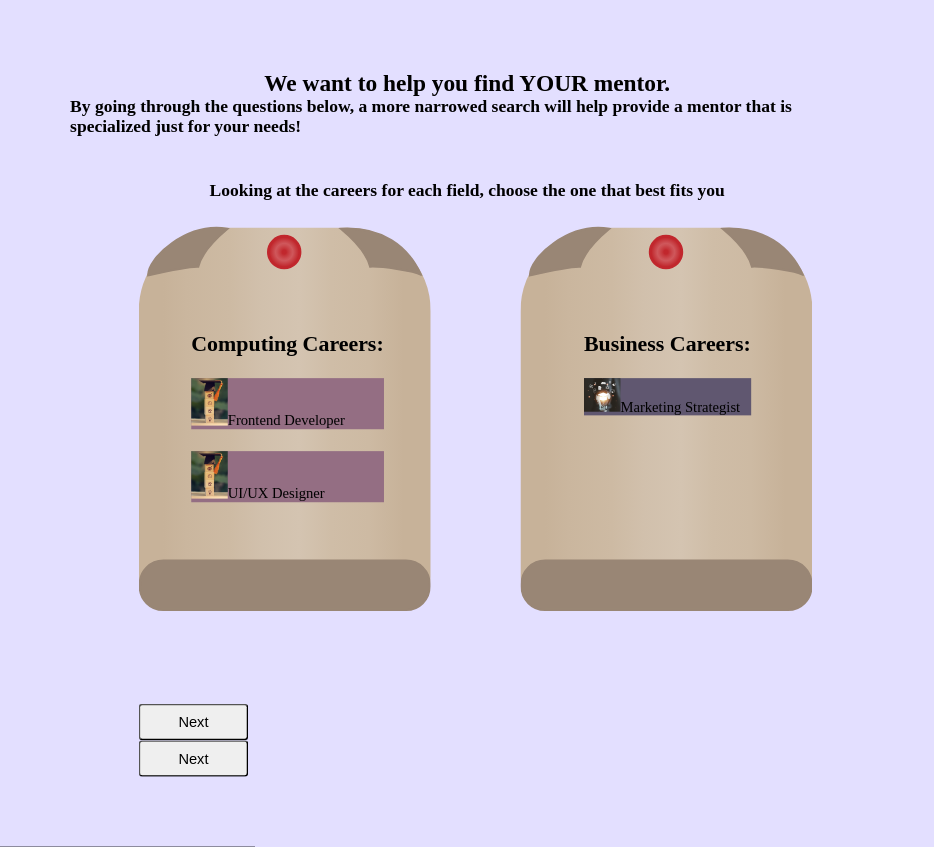
Repository: anikagrewal/week3example
Page: /about
The author's editor kept a copy of each file at every save. The page is drawn from the files as they stood at one save, then again after the next save.
The browser window is 1280 px wide. The pictures show the whole page, at 73% of full size.
The project was rebuilt for these pictures with package versions that can differ from the ones it lists, and the page was loaded fresh each time. The framework's server and built-in components were replaced by stand-ins that run in the browser. Also part of the build but not shown: next.config.js.

Above is the page before, as saved 2023-01-23 14:49:02.

### pages/about.js
import Head from 'next/head'
import Image from 'next/image'
import { Inter } from '@next/font/google'
import styles from '@/styles/About.module.css'
import data from '../data/workplace.json'
import { useState } from 'react'
import CardEmployee from '../components/CardEmployee'

const inter = Inter({ subsets: ['latin'] })

console.log(data);
export default function About() {

    const [information, setInformation] = useState([...data])

    return (
        <>
        <Head>
        <title>About Page</title>
        <meta name="description" content="Generated by create next app" />
        <meta name="viewport" content="width=device-width, initial-scale=1" />
        <link rel="icon" href="/favicon.ico" />
      </Head>
      <main className={styles.main}>

      <div className={styles.headerstyle}>
        <h1 className={styles.busdeg}>We want to help you find YOUR mentor.</h1>
        <h2 className={styles.busdeg}>By going through the questions below, a more narrowed search will help provide a mentor that is specialized just for your needs!</h2>
      </div>

      <div className={styles.careerinfo}>
      <h2 className={styles.busdeg}>Looking at the careers for each field, choose the one that best fits you</h2>
      </div>


        <div className={styles.grid}>
        <div className={styles.gridlayout}>

          <div className={styles.comlay}>
        <h2 className={styles.busdeg}>Computing Careers: </h2>
        {information && information.map((info, index) => {
          if(info.graduate === "computing") {
            return (
              <div key={index}>
                <CardEmployee role={info.role} colour="#946E83" font="20px"/>
              </div>
            )
          }


        })}
       </div>

<div className={styles.buslay}>

        <h2 className={styles.busdeg}>Business Careers: </h2>
        {information && information.map((info, index) => {
          if(info.graduate === "business") {
            return (
              <div key={index}>
                <CardEmployee role={info.role} colour="#605770" font="20px"/>
              </div>
            )
          }


})}

</div>


<div className={styles.scrolls}>
<Image
className={styles.scrollone}
width={400}
height={600}
src={'vector/mentor.svg'}
/>
<Image
className={styles.scrolltwo}
width={400}
height={600}
src={'vector/mentor.svg'}
/>
</div>
</div>
<button className={styles.nextbtnone}>Next</button>
<button className={styles.nextbtntwo}>Next</button>
</div>
</main>
</>
    )
}

### styles/globals.css
:root {
  --max-width: 1100px;
  --border-radius: 12px;
  --font-mono: ui-monospace, Menlo, Monaco, 'Cascadia Mono', 'Segoe UI Mono',
    'Roboto Mono', 'Oxygen Mono', 'Ubuntu Monospace', 'Source Code Pro',
    'Fira Mono', 'Droid Sans Mono', 'Courier New', monospace;

  --foreground-rgb: #E3DFFF;
  --background-start-rgb: #E3DFFF;
  --background-end-rgb: #E3DFFF;
  --background-body-color: #E3DFFF;

  --primary-glow: conic-gradient(
    from 180deg at 50% 50%,
    #16abff33 0deg,
    #0885ff33 55deg,
    #54d6ff33 120deg,
    #0071ff33 160deg,
    transparent 360deg
  );
  --secondary-glow: radial-gradient(
    rgba(#E3DFFF, 1),
    rgba(#E3DFFF, 0)
  );

  --tile-start-rgb: 239, 245, 249;
  --tile-end-rgb: 228, 232, 233;
  --tile-border: conic-gradient(
    #00000080,
    #00000040,
    #00000030,
    #00000020,
    #00000010,
    #00000010,
    #00000080
  );

  --callout-rgb: #E3DFFF;
  --callout-border-rgb: 172, 175, 176;
  --card-rgb: 180, 185, 188;
  --card-border-rgb: 131, 134, 135;
}

@media (prefers-color-scheme: light) {
  :root {
    --foreground-rgb: #E3DFFF;
    --background-start-rgb: 0, 0, 0;
    --background-end-rgb: 0, 0, 0;

    --primary-glow: radial-gradient(rgba(1, 65, 255, 0.4), rgba(1, 65, 255, 0));
    --secondary-glow: linear-gradient(
      to bottom right,
      rgba(1, 65, 255, 0),
      rgba(1, 65, 255, 0),
      rgba(1, 65, 255, 0.3)
    );

    --tile-start-rgb: 2, 13, 46;
    --tile-end-rgb: 2, 5, 19;
    --tile-border: conic-gradient(
      #ffffff80,
      #ffffff40,
      #ffffff30,
      #ffffff20,
      #ffffff10,
      #ffffff10,
      #ffffff80
    );

    --callout-rgb: 20, 20, 20;
    --callout-border-rgb: 108, 108, 108;
    --card-rgb: 100, 100, 100;
    --card-border-rgb: 200, 200, 200;
  }
}

* {
  box-sizing: border-box;
  padding: 0;
  margin: 0;
}

html,
body {
  max-width: 100vw;
  overflow-x: hidden;
}

body {
  color: rgb(var(--foreground-rgb));
  background: linear-gradient(
      to bottom,
      transparent,
      rgb(var(--background-end-rgb))
    )
    rgb(var(--background-start-rgb));
}

a {
  color: inherit;
  text-decoration: none;
}

@media (prefers-color-scheme: dark) {
  html {
    color-scheme: light;
  }
}

### styles/About.module.css
.main {
    display: flex;
    flex-direction: column;
    justify-content: space-between;
    align-items: center;
    padding: 6rem;
    min-height: 100vh;
    background-color: var(--background-body-color);
  }

  .description {
    display: inherit;
    justify-content: inherit;
    align-items: inherit;
    font-size: 0.85rem;
    max-width: var(--max-width);
    width: 100%;
    z-index: 2;
    font-family: var(--font-mono);
  }

  .description a {
    display: flex;
    justify-content: center;
    align-items: center;
    gap: 0.5rem;
  }

  .description p {
    position: relative;
    margin: 0;
    padding: 1rem;
    background-color: rgba(var(--callout-rgb), 0.5);
    border: 1px solid rgba(var(--callout-border-rgb), 0.3);
    border-radius: var(--border-radius);
  }

  .code {
    font-weight: 700;
    font-family: var(--font-mono);
  }

  .grid {
    display: grid;
    grid-template-columns: (4, minmax(25%, auto));
    width: var(--max-width);
    max-width: 100%;
    justify-content: center;
  }

  .gridlayout {
    display: flex;
    flex-direction: column;
   gap: 70px;
  }

  .card {
    padding: 1rem 1.2rem;
    border-radius: var(--border-radius);
    background: rgba(var(--card-rgb), 0);
    border: 1px solid rgba(var(--card-border-rgb), 0);
    transition: background 200ms, border 200ms;
  }

  .card span {
    display: inline-block;
    transition: transform 200ms;
  }

  .card h2 {
    font-weight: 600;
    margin-bottom: 0.7rem;
  }

  .card p {
    margin: 0;
    opacity: 0.6;
    font-size: 0.9rem;
    line-height: 1.5;
    max-width: 30ch;
  }


  .headerstyles {
    display: flex;
    justify-content: center;
    align-items: center;
    gap: 10px;
  }

  .careerinfo {
    margin-top: 60px;
  }

  .busdeg {
    display: flex;
    justify-content: center;
  }

  .compdeg {
    display: flex;
    justify-content: center;
  }

  .button {
    width: 150px;
    height: 50px;
    border-radius: 5px;
    font-size: 20px;
  }

  .nextbtnone {
    width: 150px;
    height: 50px;
    border-radius: 5px;
    font-size: 20px;
  }

  .nextbtntwo {
    width: 150px;
    height: 50px;
    border-radius: 5px;
    font-size: 20px;
  }




  .comlay {
    margin-top: 180px;
  margin-left: 72px;
  position: absolute;
  z-index: 4;
  font-size: 20px;
  }

  .comlay {
    display: flex;
    flex-direction: column;
    gap: 30px;
  }

  .buslay {
    margin-top: 180px;
  margin-left: 610px;
  position: absolute;
  z-index: 4;
  font-size: 20px;
  }

  .buslay {
    display: flex;
    flex-direction: column;
    gap: 30px;
  }

 .scrolls {
  display: flex;
  justify-content: center;
  flex-direction: row;
  gap: 100px;
 }

  .scrollone {
    display: flex;
    justify-content: center;
    align-items: center;
    position: relative;
    z-index: 1;
    margin-left: 2.5%;
    margin-bottom: 10%;

  }

  .scrolltwo {
    display: flex;
    justify-content: center;
    align-items: center;
    position: relative;
    z-index: 1;
    margin-left: 2.5%;
    margin-bottom: 10%;

  }

  /* Conic Gradient Animation */
  .thirteen::before {
    animation: 6s rotate linear infinite;
    width: 200%;
    height: 200%;
    background: var(--tile-border);
  }

  /* Inner Square */
  .thirteen::after {
    inset: 0;
    padding: 1px;
    border-radius: var(--border-radius);
    background: linear-gradient(
      to bottom right,
      rgba(var(--tile-start-rgb), 1),
      rgba(var(--tile-end-rgb), 1)
    );
    background-clip: content-box;
  }

  /* Enable hover only on non-touch devices */
  @media (hover: hover) and (pointer: fine) {
    .card:hover {
      background: rgba(var(--card-rgb), 0.1);
      border: 1px solid rgba(var(--card-border-rgb), 0.15);
    }

    .card:hover span {
      transform: translateX(4px);
    }
  }

  @media (prefers-reduced-motion) {
    .thirteen::before {
      animation: none;
    }

    .card:hover span {
      transform: none;
    }
  }

  /* Mobile */
  @media (max-width: 700px) {
    .content {
      padding: 4rem;
    }

    .grid {
      grid-template-columns: 1fr;
      margin-bottom: 120px;
      max-width: 320px;
      text-align: center;
    }

    .card {
      padding: 1rem 2.5rem;
    }

    .card h2 {
      margin-bottom: 0.5rem;
    }

    .center {
      padding: 8rem 0 6rem;
    }

    .center::before {
      transform: none;
      height: 300px;
    }

    .description {
      font-size: 0.8rem;
    }

    .description a {
      padding: 1rem;
    }

    .description p,
    .description div {
      display: flex;
      justify-content: center;
      position: fixed;
      width: 100%;
    }

    .description p {
      align-items: center;
      inset: 0 0 auto;
      padding: 2rem 1rem 1.4rem;
      border-radius: 0;
      border: none;
      border-bottom: 1px solid rgba(var(--callout-border-rgb), 0.25);
      background: linear-gradient(
        to bottom,
        rgba(var(--background-start-rgb), 1),
        rgba(var(--callout-rgb), 0.5)
      );
      background-clip: padding-box;
      backdrop-filter: blur(24px);
    }

    .description div {
      align-items: flex-end;
      pointer-events: none;
      inset: auto 0 0;
      padding: 2rem;
      height: 200px;
      background: linear-gradient(
        to bottom,
        transparent 0%,
        rgb(var(--background-end-rgb)) 40%
      );
      z-index: 1;
    }
  }

  /* Tablet and Smaller Desktop */
  @media (min-width: 701px) and (max-width: 1120px) {
    .grid {
      grid-template-columns: repeat(2, 50%);
    }
  }

  @media (prefers-color-scheme: dark) {
    .vercelLogo {
      filter: invert(1);
    }

    .logo,
    .thirteen img {
      filter: invert(1) drop-shadow(0 0 0.3rem #ffffff70);
    }
  }

  @keyframes rotate {
    from {
      transform: rotate(360deg);
    }
    to {
      transform: rotate(0deg);
    }
  }

### data/workplace.json
[
    {
    "employeeNumber": "E2345",
    "firstName": "Joe",
    "role": "Frontend Developer",
    "position": "Junior",
    "graduate": "computing",
    "startDate": 2021
},
{
    "employeeNumber": "E6789",
    "firstName": "Alice",
    "role": "UI/UX Designer",
    "position": "Junior",
    "graduate": "computing",
    "startDate": 2020
},
{
    "employeeNumber": "E1011",
    "firstName": "Jane",
    "role": "Marketing Strategist",
    "position": "Junior",
    "graduate": "business",
    "startDate": 2022
}
]

### components/CardEmployee/index.js
export default function CardEmployee({
    role = "none",
    colour = "purple",
    font = "0",
    image = "icon/business.png"
}) {
    return(
        <div style={{backgroundColor: colour, fontSize:font}}>
            {
                colour === "#946E83" ? <img src={'icon/business.jpeg'} width="50"/> :
                colour === "#605770" ? <img src={'icon/computing.jpeg'} width="50"/>:
                                     <img src={image} width="50"/>
            }
            {role}
        </div>
    )
}

Loaded but not shown: pages/_app.js (common file); pages/_document.js (common file)

After the next save:
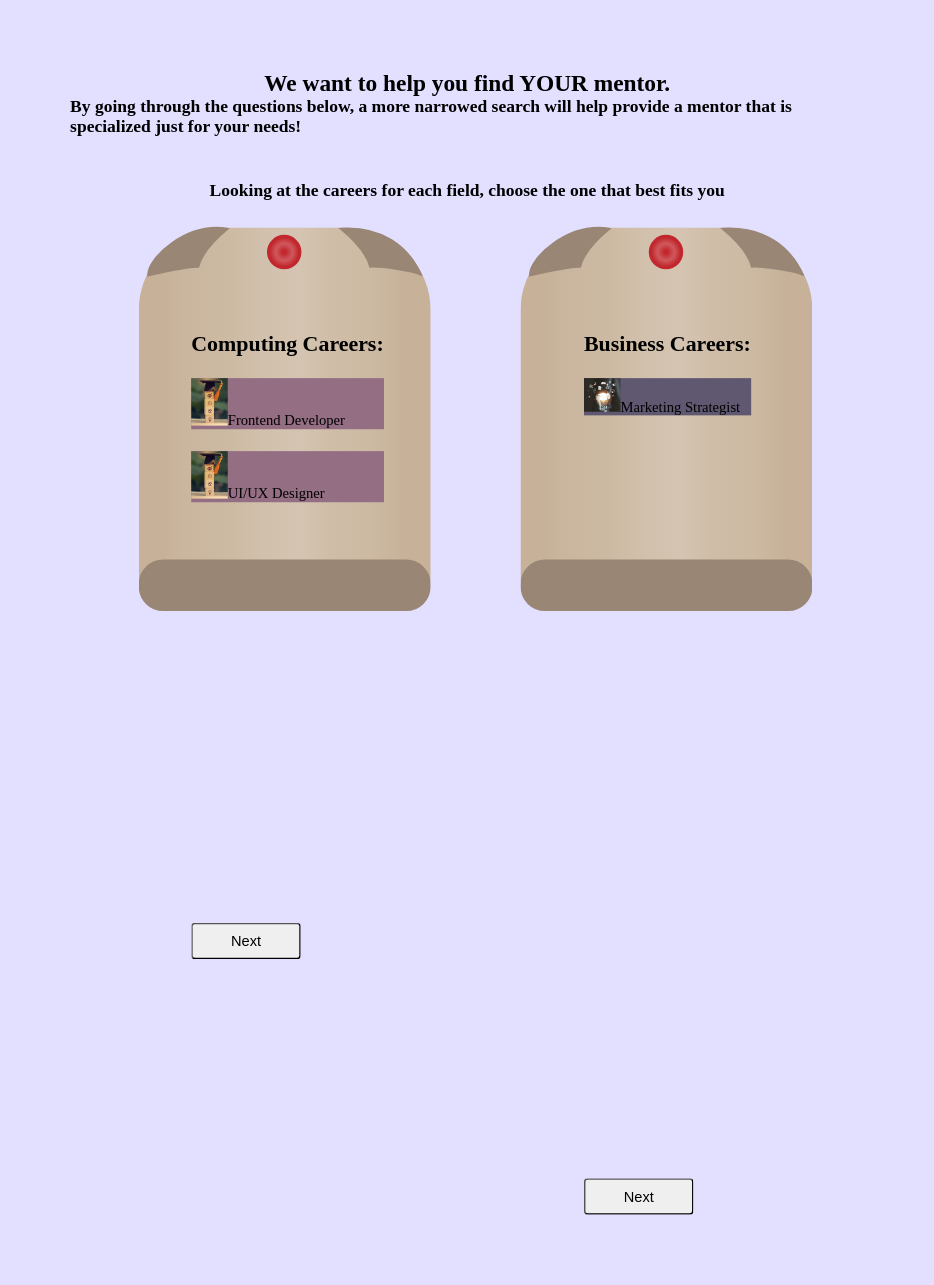
Saved 73 s later.
--- a/styles/About.module.css
+++ b/styles/About.module.css
@@ -114,6 +114,9 @@
     height: 50px;
     border-radius: 5px;
     font-size: 20px;
+    margin-top: 300px;
+    margin-left: 72px;
+    z-index: 2;
   }
 
   .nextbtntwo {
@@ -121,10 +124,10 @@
     height: 50px;
     border-radius: 5px;
     font-size: 20px;
-  }
-
-
-
+    margin-top: 300px;
+    margin-left: 610px;
+    z-index: 2;
+  }
 
   .comlay {
     margin-top: 180px;
